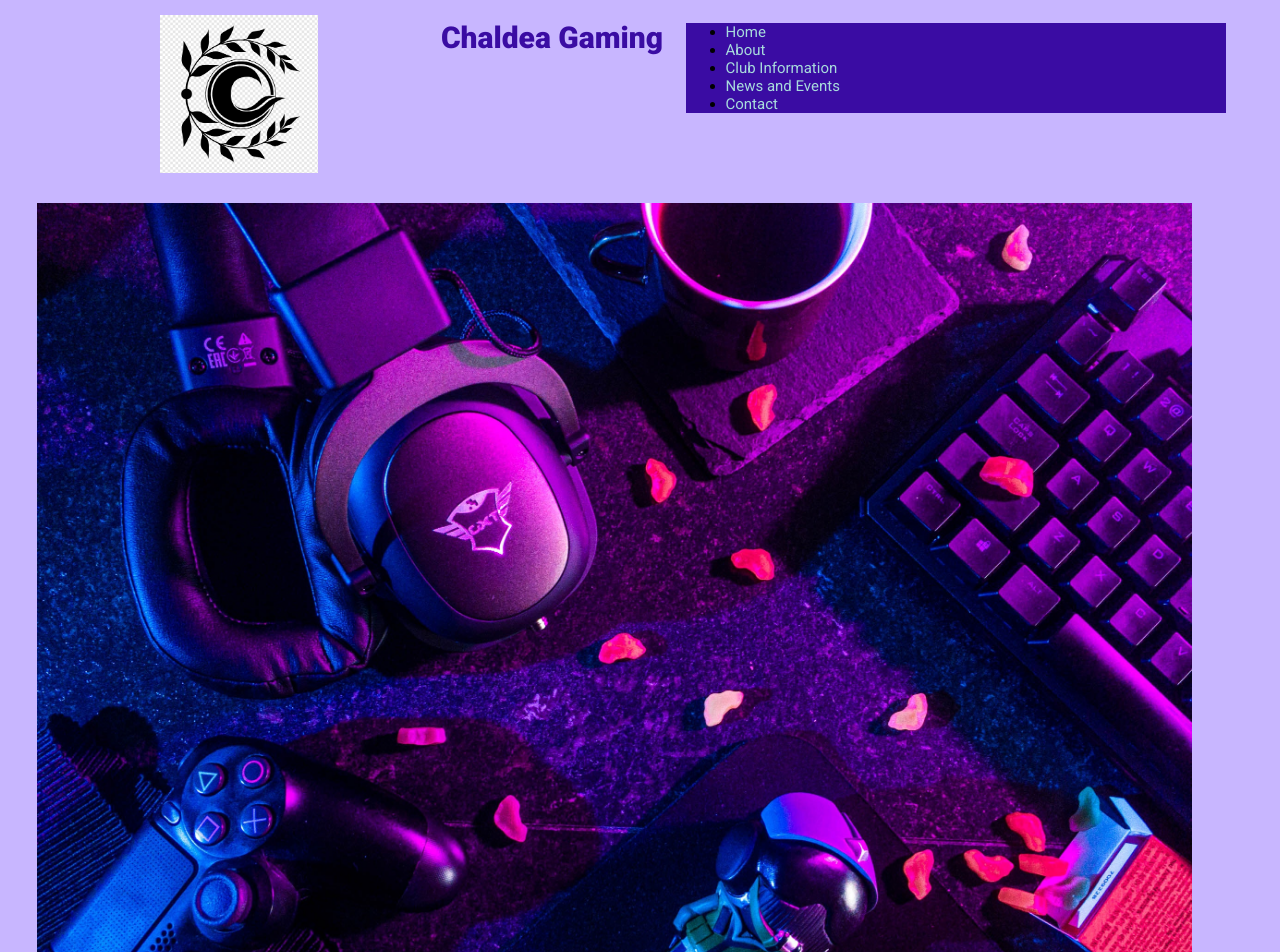
Repository: NyleNC/School-Projects
Page: Hmtl and CSS project/Contact.html
The author's editor kept a copy of each file at every save. The page is drawn from the files as they stood at one save, then again after the next save.
The browser window is 1280 px wide. The pictures show the part of the page from y = 0 to 952 px (the page is 1970 px tall).
A picture or video elsewhere on the page could not be fetched, so the positions and the page height are approximate. Some web libraries are served in a nearby version.

Above is the page before, as saved 2025-01-05 14:02:39.

After the next save:
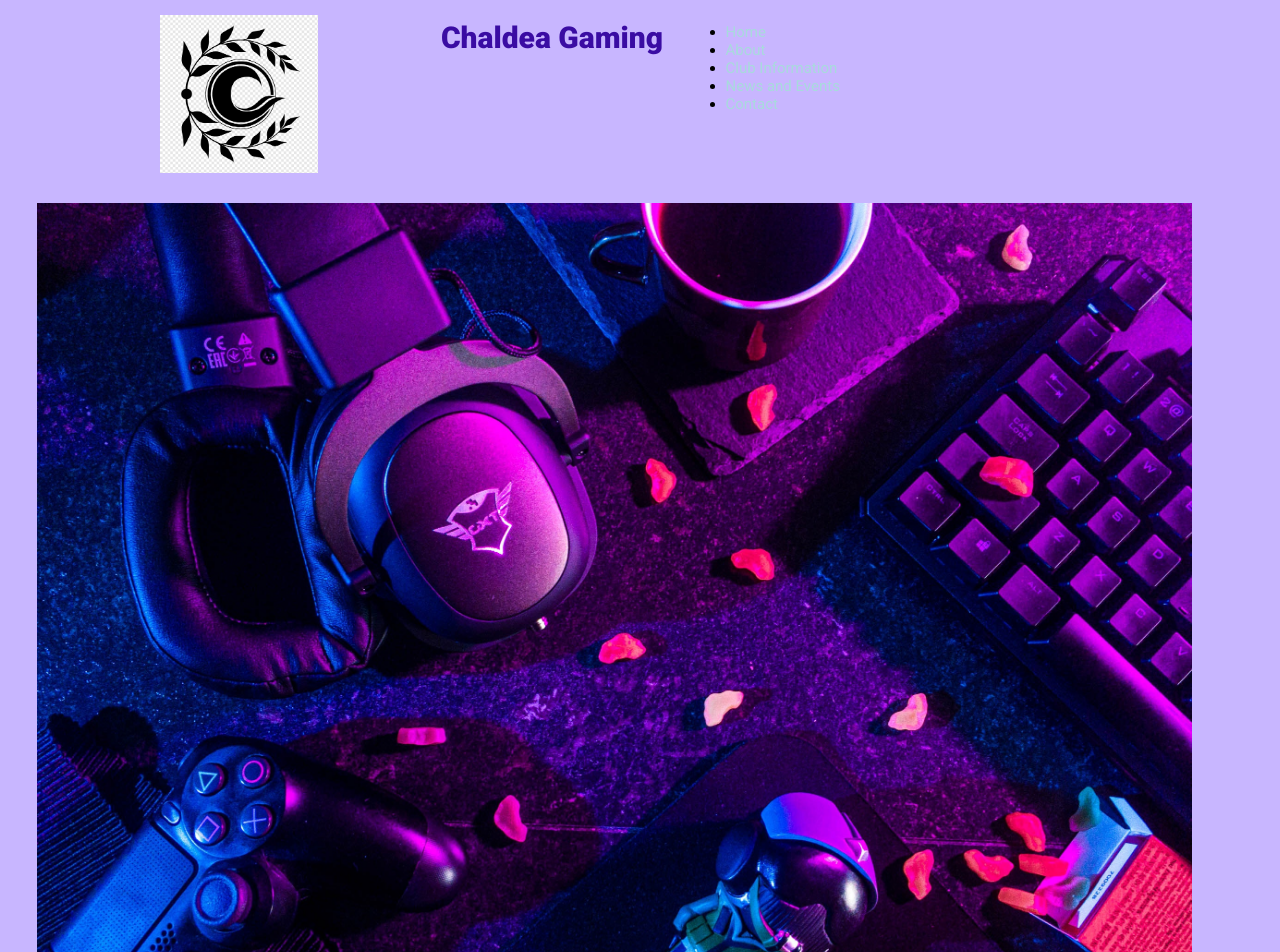
Saved 2 min 0 s later.
--- a/Hmtl and CSS project/Style.css
+++ b/Hmtl and CSS project/Style.css
@@ -45,7 +45,7 @@
    margin: 0 auto;
 }
 .main-nav ul{
-    background: #3a0ca3;
+
     color: #000000;
     display:block;
 	gap:15px;

After the save that followed:
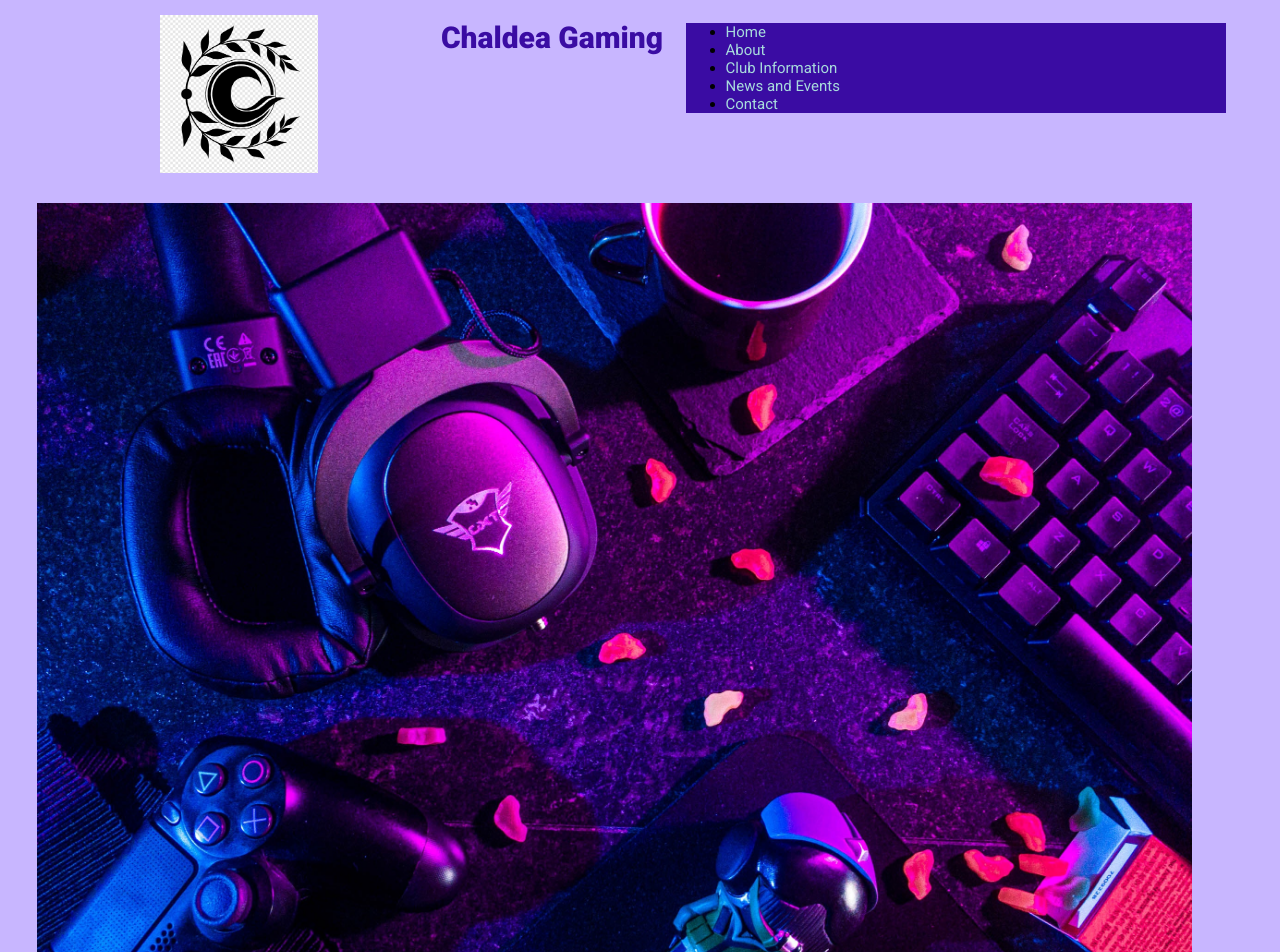
Saved 8 s later.
--- a/Hmtl and CSS project/Style.css
+++ b/Hmtl and CSS project/Style.css
@@ -45,7 +45,7 @@
    margin: 0 auto;
 }
 .main-nav ul{
-
+    background: #3a0ca3;
     color: #000000;
     display:block;
 	gap:15px;
